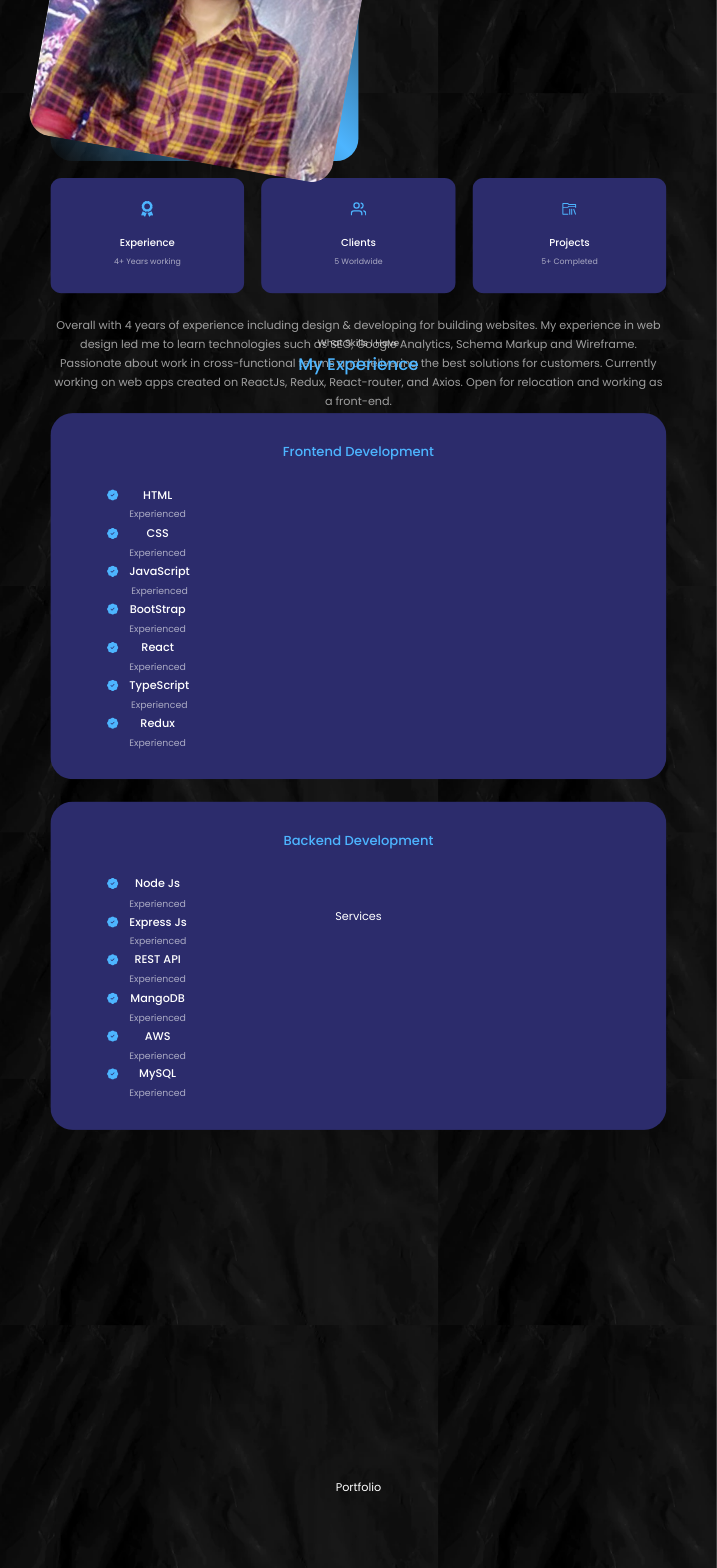
Repository: mayuri2018/Mr_react_portfolio
Page: /
The author's editor kept a copy of each file at every save. The page is drawn from the files as they stood at one save, then again after the next save.
The browser window is 1024 px wide. The pictures show the part of the page from y = 923 to 3163 px (the page is 5413 px tall), at 70% of full size.
The project was rebuilt for these pictures with package versions that can differ from the ones it lists, and the page was loaded fresh each time. Also part of the build but not shown: src/components/services/services.css, src/components/portfolio/portfolio.css, src/components/testimonials/testimonials.css, src/components/contact/contact.css, src/components/footer/footer.css.

Above is the page before, as saved 2023-01-25 14:31:38.

### public/index.html
<!DOCTYPE html>
<html lang="en">
  <head>
    <meta charset="utf-8" />
    <link rel="icon" href="%PUBLIC_URL%/favicon.ico" />
    <meta name="viewport" content="width=device-width, initial-scale=1" />
    <meta name="theme-color" content="#000000" />
    <meta
      name="description"
      content="Web site created using create-react-app"
    />
    <link rel="apple-touch-icon" href="%PUBLIC_URL%/logo192.png" />
    <!--
      manifest.json provides metadata used when your web app is installed on a
      user's mobile device or desktop. See https://developers.google.com/web/fundamentals/web-app-manifest/
    -->
    <link rel="manifest" href="%PUBLIC_URL%/manifest.json" />
    <!--
      Notice the use of %PUBLIC_URL% in the tags above.
      It will be replaced with the URL of the `public` folder during the build.
      Only files inside the `public` folder can be referenced from the HTML.

      Unlike "/favicon.ico" or "favicon.ico", "%PUBLIC_URL%/favicon.ico" will
      work correctly both with client-side routing and a non-root public URL.
      Learn how to configure a non-root public URL by running `npm run build`.
    -->
    <title>React portfolio</title>
  </head>
  <body>
    <noscript>You need to enable JavaScript to run this app.</noscript>
    <div id="root"></div>
    <!--
      This HTML file is a template.
      If you open it directly in the browser, you will see an empty page.

      You can add webfonts, meta tags, or analytics to this file.
      The build step will place the bundled scripts into the <body> tag.

      To begin the development, run `npm start` or `yarn start`.
      To create a production bundle, use `npm run build` or `yarn build`.
    -->
  </body>
</html>

### src/index.css
@import url('https://fonts.googleapis.com/css2?family=Poppins:wght@300;400;500;600&display=swap');
*{
  margin:0;
  padding: 0;
  border: 0;
  outline: 0;
  box-sizing:border-box;
  list-style: none;
  text-decoration: none;
}
:root{
  --color-bg:#1f1f38;
  --color-bg-variant:#2c2c6c;
  --color-primary:#4db5ff;
  --color-primary-vriant:rgba(77,181,255,0.4);
  --color-white:#fff;
  --color-light:rgba(255, 255, 255, 0.6);
  --transition: all 400ms;
  --container-width-lg:75%;
  --container-width-md:86%;
  --container-width-ms:90%;
}

html {
  scroll-behavior: smooth;
}

::-webkit-scrollbar{
  display: none;
}
body{
  font-family: "Poppins", sans-serif;
  background:var (--color-white);
  color: var(--color-white);
  line-height: 1.7;
  background-image: url(../src/assets/bg-texture.webp);
}
/*---------general style---------*/
.container{
  width: var(--container-width-lg);
  margin: 0 auto;
}

h1,
h2,
h3,
h4,
h5{
  font-weight:500;
}
h1{
  font-size: 2.5rem;
}
section{
  margin-top: 8rem;
  height: 100vh;
}
section > h2,
section >h5{
  text-align: center;
  color: var(--color-light);
}
section > h2{
  color: var(--color-primary);
  margin-bottom: 3rem;
}
.text-light{
  color: var(--color-light);
}
a{
  color: var(--color-primary);
  transition: var(--transition);
}
a:hover{
  color: var(--color-white);
}
.btn{
  width: max-content;
  display: inline-block;
  color: var(--color-primary);
  padding: 0.75rem 1.2rem;
  border-radius: 0.4rem;
  cursor: pointer;
  border: 1px solid var(--color-primary);
  transition: var(--transition);
}
.btn:hover{
  background: var(--color-white);
  color: var(--color-bg);
  border-color: transparent;
}
.btn-primary{
  background: var(--color-primary);
  color: var(--color-bg);
}
img{
  display: block;
  width: 100%;
  object-fit: cover;
}
/*----------Media Queries (Medium devices)-----*/
@media screen and (max-width: 1024px){
  .container{
    width: var(--container-width-md);
  }
  section{
    margin-top: 6rem;
  }

}
/*----------Media Queries (small devices)-----*/
@media screen and (max-width: 600px){
  .container{
    width: var(--container-width-md);
  }
  section > h2{
    margin-bottom: 2rem;
  }

}

### src/App.js
import logo from './logo.svg';
import './App.css';
import Header from "./components/header/Header";
import Nav from "./components/nav/Nav";
import About from "./components/about/About";
import Experience from "./components/experience/Experience";
import Services from "./components/services/Services";
import Portfolio from "./components/portfolio/Portfolio";
import Testimonials from "./components/testimonials/Testimonials";
import Contact from "./components/contact/Contact";
import Footer from "./components/footer/Footer";

function App() {
  return (
    <div className="App">
      <Header/>
      <Nav/>
      <About/>
      <Experience/>
      <Services/>
      <Portfolio/>
      <Testimonials/>
      <Contact/>
      <Footer/>

    </div>
  );
}

export default App;

### src/components/header/Header.jsx
import React from "react";
import "./header.css";
import ME from "../../assets/ME.jpeg";
import CTA from "./CTA";
import HeaderSocials from "./HeaderSocials";

export default function Header(){
    return(
        <header>
            <div className="container header_container">
                <h5>Hello I'm</h5>
                <h1>Mayuri Vaddempudi</h1>
                <h5 className="text-light">Fullstack Developer</h5>
                <CTA/>
                <HeaderSocials/>
                <div className="me">
                    <img src={ME} alt="me"/>
                </div>
                <a href="#contact" className="scroll_down">Scroll Down</a>
            </div>
        </header>

    )
}

### src/components/nav/Nav.jsx
import React from "react";
import "./nav.css";
import {AiOutlineHome} from "react-icons/ai";
import {BiBook} from "react-icons/bi";
import {AiOutlineUser} from "react-icons/ai";
import {RiServiceLine} from "react-icons/ri";
import {BiMessageSquareDetail} from "react-icons/bi";
import { useState } from "react";

export default function Nav(){
    const[activeNav, setActiveNav] = useState("#")
    return(
        <nav>
            <a href="#" onClick = {()=> setActiveNav("#")}className={activeNav === "#" ? "active" : ""}><AiOutlineHome/></a>
            <a href="#about" onClick = {()=> setActiveNav("#about")}className={activeNav === "#about" ? "active" : ""}><AiOutlineUser/></a>
            <a href="#experience" onClick = {()=> setActiveNav("#experience")}className={activeNav === "#experience" ? "active" : ""}><BiBook/></a>
            <a href="#services" onClick = {()=> setActiveNav("#services")}className={activeNav === "#services" ? "active" : ""}><RiServiceLine/></a>
            <a href="#contact" onClick = {()=> setActiveNav("#contact")}className={activeNav === "#contact" ? "active" : ""}><BiMessageSquareDetail/></a>
        </nav>

    )
}

### src/components/about/About.jsx
import React from "react";
import "./about.css";
import ME from "../../assets/ME.jpeg";
import{FaAward} from "react-icons/fa";
import{FiUsers} from "react-icons/fi";
import{VscFolderLibrary} from "react-icons/vsc";

export default function About(){
    return(
        <section id="about">
            <h5>Get To Know</h5>
            <h2>About Me</h2>
            <div className="container about_container">
                <div className="about_me">
                    <div className="about_me-image">
                        <img src={ME} alt="About-image"/>
                    </div>
                </div>

                <div className="about_content">
                    <div className="about_cards">
                        <article className="about_card">
                            <FaAward className="about_icon"/>
                            <h5>Experience</h5>
                            <small>4+ Years working</small>
                        </article>

                        <article className="about_card">
                            <FiUsers className="about_icon"/>
                            <h5>Clients</h5>
                            <small>5 Worldwide</small>
                        </article>

                        <article className="about_card">
                            <VscFolderLibrary className="about_icon"/>
                            <h5>Projects</h5>
                            <small>5+ Completed</small>
                        </article>
                    </div>
                    <p>
                    Overall with 4 years of experience including design & developing for building websites.
                    My experience in web design led me to learn technologies such as SEO, Google Analytics,
                    Schema Markup and Wireframe.
                    Passionate about work in cross-functional teams and delivering the best solutions for customers.
                    Currently working on web apps created on ReactJs, Redux, React-router, and Axios.
                    Open for relocation and working as a front-end.
                    </p>
                    <a href="#contact" className="btn-primary">Let's Talk</a>
                </div>
            </div>
        </section>
    )
}

### src/components/experience/Experience.jsx
import React from "react";
import "./experience.css";
import {BsPatchCheckFill} from "react-icons/bs"

export default function Experience (){
    return(
        <section id="experience">
            <h5>What Skills I Have</h5>
            <h2>My Experience</h2>

            <div className="container experience_container">
                <div className="experience_frontend">
                    <h3>Frontend Development</h3>
                    <div className="experience_content">
                        <article className="experience_details">
                            <BsPatchCheckFill className="experience_details-icon"/>
                            <div>
                            <h4>HTML</h4>
                            <small className="text-light">Experienced</small>
                            </div>
                        </article>

                        <article className="experience_details">
                            <BsPatchCheckFill className="experience_details-icon"/>
                            <div>
                            <h4>CSS</h4>
                            <small className="text-light">Experienced</small>
                            </div>
                        </article>

                        <article className="experience_details">
                            <BsPatchCheckFill className="experience_details-icon"/>
                            <div>
                            <h4>JavaScript</h4>
                            <small className="text-light">Experienced</small>
                            </div>
                        </article>

                        <article className="experience_details">
                            <BsPatchCheckFill className="experience_details-icon"/>
                            <div>
                            <h4>BootStrap</h4>
                            <small className="text-light">Experienced</small>
                            </div>
                        </article>

                        <article className="experience_details">
                            <BsPatchCheckFill className="experience_details-icon"/>
                            <div>
                            <h4>React</h4>
                            <small className="text-light">Experienced</small>
                            </div>
                        </article>

                        <article className="experience_details">
                            <BsPatchCheckFill className="experience_details-icon"/>
                            <div>
                            <h4>TypeScript</h4>
                            <small className="text-light">Experienced</small>
                            </div>
                        </article>

                        <article className="experience_details">
                            <BsPatchCheckFill className="experience_details-icon"/>
                            <div>
                            <h4>Redux</h4>
                            <small className="text-light">Experienced</small>
                            </div>
                        </article>
                    </div>
                </div>
                <div className="experience_backend">
                <h3>Backend Development</h3>
                    <div className="experience_content">
                        <article className="experience_details">
                            <BsPatchCheckFill className="experience_details-icon"/>
                            <div>
                            <h4>Node Js</h4>
                            <small className="text-light">Experienced</small>
                            </div>
                        </article>

                        <article className="experience_details">
                            <BsPatchCheckFill className="experience_details-icon"/>
                            <div>
                            <h4>Express Js</h4>
                            <small className="text-light">Experienced</small>
                            </div>
                        </article>

                        <article className="experience_details">
                            <BsPatchCheckFill className="experience_details-icon"/>
                            <div>
                            <h4>REST API</h4>
                            <small className="text-light">Experienced</small>
                            </div>
                        </article>

                        <article className="experience_details">
                            <BsPatchCheckFill className="experience_details-icon"/>
                            <div>
                            <h4>MangoDB</h4>
                            <small className="text-light">Experienced</small>
                            </div>
                        </article>

                        <article className="experience_details">
                            <BsPatchCheckFill className="experience_details-icon"/>
                            <div>
                            <h4>AWS</h4>
                            <small className="text-light">Experienced</small>
                            </div>
                        </article>

                        <article className="experience_details">
                            <BsPatchCheckFill className="experience_details-icon"/>
                            <div>
                            <h4>MySQL</h4>
                            <small className="text-light">Experienced</small>
                            </div>
                        </article>
                    </div>
                </div>
            </div>
        </section>
    )
}

### src/components/services/Services.jsx
import React from "react";
import "./services.css";

export default function Services(){
    return(
        <section id="services">Services</section>
    )
}

### src/components/portfolio/Portfolio.jsx
import React from "react";
import "./portfolio.css";

export default function Portfolio(){
    return(
        <section id="portfolio">Portfolio</section>
    )
}

### src/components/testimonials/Testimonials.jsx
import React from "react";
import "./testimonials.css";

export default function Testimonials(){
    return(
        <section id="testimonials">Testimonials</section>
    )
}

### src/components/contact/Contact.jsx
import React from "react";
import "./contact.css";

export default function Contact(){
    return(
        <section id="contact">Contact</section>
    )
}

### src/components/footer/Footer.jsx
import React from "react";
import "./footer.css";

export default function Footer(){
    return(
        <div>Footer</div>
    )
}

### src/components/header/header.css
header{
    height: 100vh;
    padding-top: 7rem;
    overflow: hidden;
}
.header_container{
    text-align: center;
    height: 100%;
    position: relative;
}
/*------------CTA-----------*/
.cta{
    margin-top: 2.5rem;
    display: flex;
    gap: 1.2rem;
    justify-content: center;
}
/*------------headerSocials-----------*/
.header_socials{
    display: flex;
    flex-direction: column;
    align-items: center;
    gap: 0.8rem;
    position: absolute;
    left: 0;
    bottom: 3rem;
}
.header_socials::after{
    content: "";
    width: 1px;
    height: 2rem;
    background: var(--color-primary);
}
/*------------ME-----------*/
.me{
    background: linear-gradient(var(--color-primary), transparent);
    width: 22rem;
    height: 30rem;
    position: absolute;
    left: calc(50% - 11rem);
    margin-top: 4rem;
    border-radius: 12rem 12rem 0 0;
    overflow: hidden;
    padding: 5rem 1.5rem 1.5rem 1.5rem;
}
/*------------scroll down-----------*/
.scroll_down{
    position: absolute;
    right: -2.3rem;
    bottom: 5rem;
    transform: rotate(90deg);
    font-weight: 300;
    font-size: 0.9;
}
/*----------Media Queries (Medium devices)-----*/
@media screen and (max-width: 1024px){
    header{
        height: 68vh;
    }

  }
  /*----------Media Queries (small devices)-----*/
  @media screen and (max-width: 600px){
    header{
        height: 100vh;
    }
    .header_socials,
    .scroll_down{
        display: none;
    }
  }

### src/components/header/CTA.jsx
import React from "react";

export default function CTA(){
    return(
        <div className="cta">
           <a href="{CV}" className="btn">Download CV</a>
           <a href="#contact" className="btn btn-primary">Let's Talk</a>
        </div>
    )
}

### src/components/header/HeaderSocials.jsx
import React from "react";
import {BsLinkedin} from "react-icons/bs";
import {BsGithub} from "react-icons/bs";
import {FaDribbble} from "react-icons/fa";

export default function HeaderSocials(){
    return(
        <div className="header_socials">
            <a href="https://linkedin.com" target="_blank"><BsLinkedin/></a>
            <a href="https://github.com" target="_blank"><BsGithub/></a>
            <a href="https://dribble.com" target="_blank"><FaDribbble/></a>
        </div>
    )
}

### src/components/nav/nav.css
nav{
    background: rgba(0, 0, 0, 0.3);
    width: max-content;
    display: block;
    padding: 0.7rem 1.7rem;
    z-index: 2;
    position: fixed;
    left: 50%;
    transform: translate(-50%);
    bottom: 2rem;
    display: flex;
    gap: 0.8rem;
    border-radius: 3rem;
    backdrop-filter: blur(15px);
}
nav a{
    background: transparent;
    padding: 0.9rem;
    border-radius: 50%;
    display: flex;
    color: var(--color-light);
    font-size: 1.1rem;
}
nav a:hover{
    background:rgba(0, 0, 0, 0.3);
}
nav a.active{
    background: var(--color-bg);
    color: var(--color-white);
}

### src/components/about/about.css
.about_container{
    display: grid;
    grid-template-columns: 35% 50%;
    gap:15%;
}

.about_me{
    width: 100%;
    aspect-ratio: 1/1;
    border-radius: 2rem;
    background: linear-gradient(
        45deg,
        transparent,
        var(--color-primary),
        transparent);
    display: grid;
    place-items: center;
}

.about_me-image{
    border-radius: 2rem;
    overflow: hidden;
    transform: rotate(10deg);
    transition: var(--transition);
}

.about_me-image:hover{
    transform: rotate(0);
}
.about_cards{
    display: grid;
    grid-template-columns: repeat(3, 1fr);
    gap: 1.5em;
}

.about_card{
    background: var(--color-bg-variant);
    border: 1px solid transparent;
    border-radius: 1rem;
    padding: 2rem;
    text-align: center;
    transition: var(--transition);
}

.about_card:hover{
    background: transparent;
    border-color: var(--color-primary-variant);
    cursor: default;
}

.about_icon{
    color: var(--color-primary);
    font-size: 1.4rem;
    margin-bottom: 1rem;
}
.about_card h5{
    font-size: 0.9rem;
}

.about_card small{
    font-size: 0.7rem;
    color: var(--color-light);
}

.about_content p{
    margin: 2rem 0 2.6rem;
    color:var(--color-light);
}

/*----------Media Queries (Medium devices)-----*/
@media screen and (max-width: 1024px){
    .about_container{
        grid-template-columns: 1fr;
        gap:0;
    }
    .about_me{
        width: 50%;
        margin: 1rem 0 1.5rem;
    }

  }
  /*----------Media Queries (small devices)-----*/
  @media screen and (max-width: 600px){
    .about_me{
        width: 65%;
        margin: 0 auto 3rem;
    }
    .about_cards{
        grid-template-columns: 1fr 1fr;
        gap:1rem ;
    }
    .about_content{
        text-align: center;
    }
    .about_content p{
        margin: 1.5rem 0;
    }
  }

### src/components/experience/experience.css
.experience_container{
    display: grid;
    grid-template-columns: 1fr 1fr;
    gap:2rem;
}
.experience_container > div{
    background:var(--color-bg-variant);
    padding: 2.4rem 5rem;
    border-radius: 2rem;
    border: 1px solid transparent;
    transition: var(--transition);
}

.experience_container > div:hover{
    background: transparent;
    border-color: var(--color-primary-variant);
    cursor: default;
}
.experience_container > div h3{
    text-align: center;
    margin-bottom: 2rem;
    color: var(--color-primary);
}

.experience_container{
    display: grid;
    grid-template-columns: 1fr 1fr;
    row-gap: 2rem;
}
.experience_details{
    display: flex;
    gap:1rem;
}
.experience_details-icon{
    margin-top: 6px;
    color: var(--color-primary);
}

/*----------Media Queries (Medium devices)-----*/
@media screen and (max-width: 1024px){
    .experience_container{
        grid-template-columns: 1fr;
    }

  }
  /*----------Media Queries (small devices)-----*/
  @media screen and (max-width: 600px){
    .about_me{
        width: 65%;
        margin: 0 auto 3rem;
    }
    .about_cards{
        grid-template-columns: 1fr 1fr;
        gap:1rem ;
    }
    .about_content{
        text-align: center;
    }
    .about_content p{
        margin: 1.5rem 0;
    }
  }

Loaded but not shown: src/index.js (common file); src/reportWebVitals.js (common file); src/App.css (common file)

After the next save:
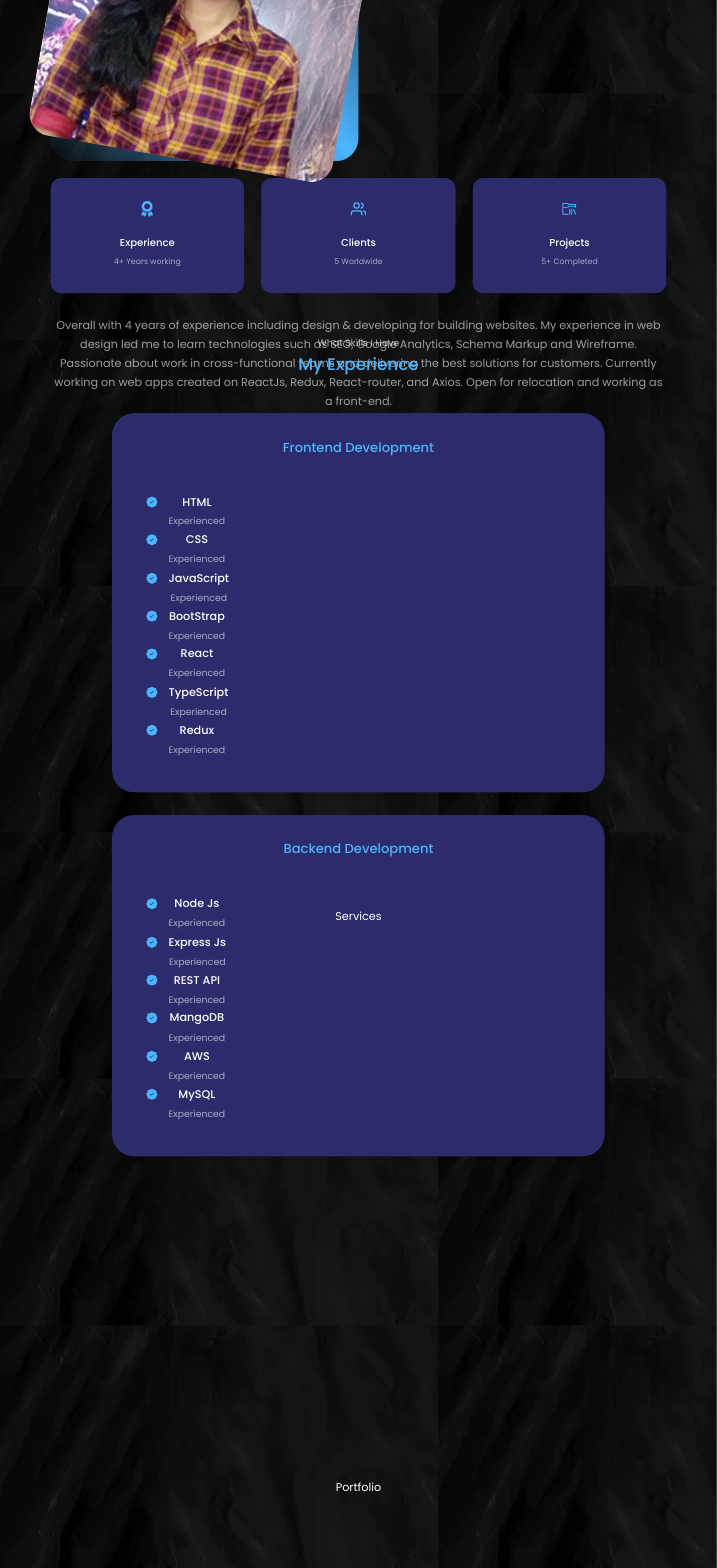
Saved 2 min 9 s later.
--- a/src/components/experience/experience.css
+++ b/src/components/experience/experience.css
@@ -41,6 +41,14 @@
     .experience_container{
         grid-template-columns: 1fr;
     }
+    .experience_container > div{
+        width: 80%;
+        padding: 2rem;
+        margin: 0 auto;
+    }
+    .experience_content{
+        padding: 1rem;
+    }
 
   }
   /*----------Media Queries (small devices)-----*/
